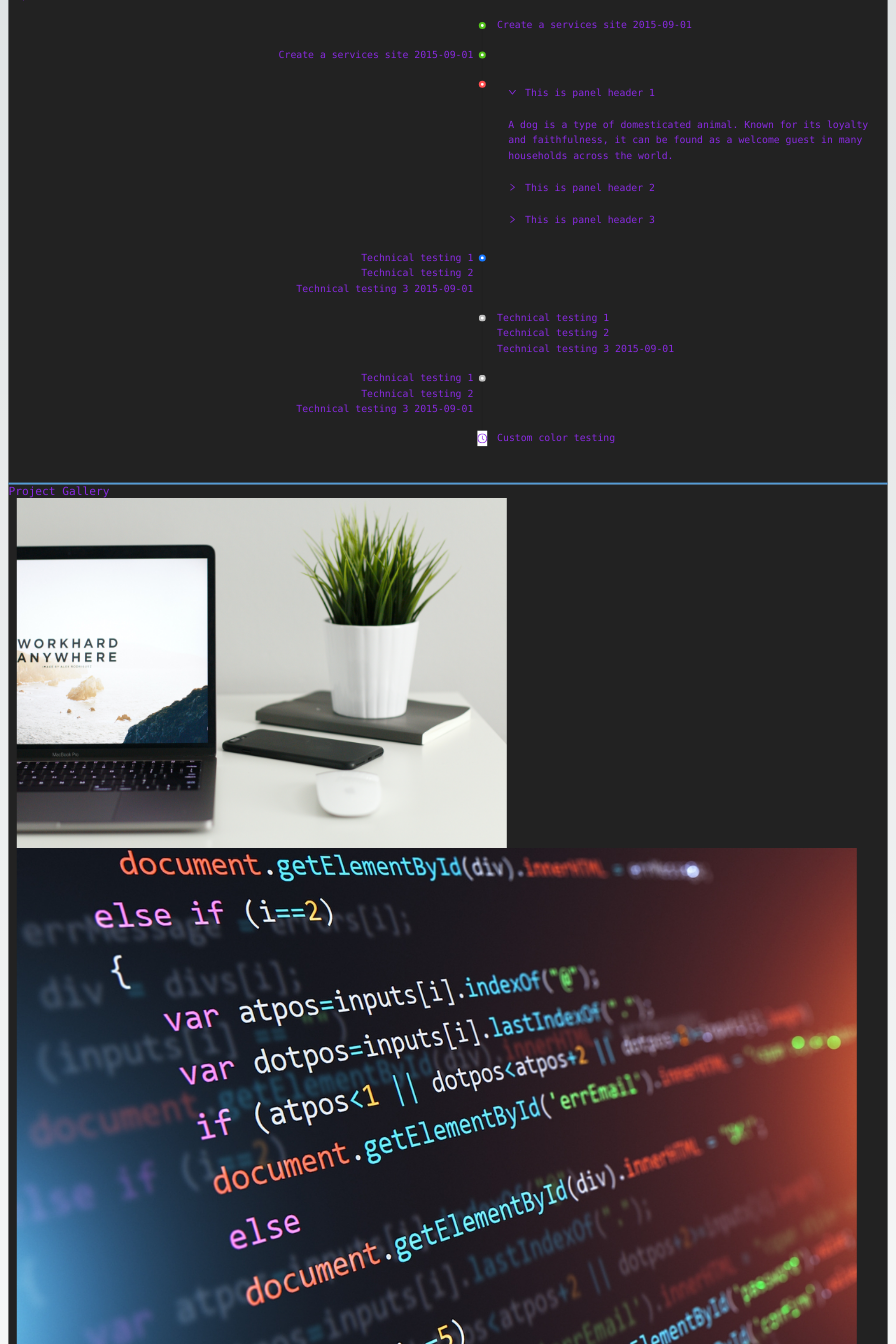
Repository: devkthines/next-portfolio-v2
Page: /
These files come from the project's save history. The page is drawn as it stood at one moment and after a run of saves; the edit follows.
The browser window is 1280 px wide. The pictures show the part of the page from y = 969 to 2889 px (the page is 3805 px tall), at 70% of full size.
The project was rebuilt for these pictures with package versions that can differ from the ones it lists, and the page was loaded fresh each time. The framework's server and built-in components were replaced by stand-ins that run in the browser. Also part of the build but not shown: next.config.js.

Above is the page before, as saved 2023-09-20 14:40:59.

### src/app/layout.tsx
import 'bootstrap/dist/css/bootstrap.css';
import './globals.css'
import '../../css/style.css'
import type { Metadata } from 'next'
import { Inter } from 'next/font/google'
import TopHeader from './components/header'
// Put any other imports below so that CSS from your
// components takes precedence over default styles.
const inter = Inter({ subsets: ['latin'] })

export const metadata: Metadata = {
  title: "Korey's coding solutions",
  description: 'Generated by create next app',
}

export default function RootLayout({
  children,
}: {
  children: React.ReactNode
}) {
  return (
    <html lang="en">
      <body className={inter.className}>
{/* <TopHeader/> */}
        {children}</body>
    </html>
  )
}

### src/app/page.tsx
'use client'

import Image from 'next/image'
import uglyMe from '../../images/IMG-6163.jpg'
import ProjectModal from './components/modal.js'
import { useInView } from 'react-intersection-observer'
import Button from 'react-bootstrap/Button';
import Container from 'react-bootstrap/Container';
import Row from 'react-bootstrap/Row';
import Col from 'react-bootstrap/Col';
import Form from 'react-bootstrap/Form';
import Nav from 'react-bootstrap/Nav';
import Navbar from 'react-bootstrap/Navbar';
import NavDropdown from 'react-bootstrap/NavDropdown';
import { useState } from 'react';
import Resume from './components/timeline.js'
import { FilePdfOutlined } from '@ant-design/icons'
import Link from 'next/link'
import ContactLinks from './components/contactLinks.js'
import ProjectImages from './components/images'
import Footer from './components/footer'

export default function Home() {
  const [button, setButton] = useState('noShow')
  const [clicker, setClicker] = useState('buttonShow')
  const [color, setColor] = useState(false)
  const { ref, inView } = useInView({
    // triggerOnce: true,
    rootMargin: '0px 0px',
    onChange: (inView) => {
      if (inView) {
        setColor(true)
      }
      else {
        setColor(false)
      }
    },

  });
  return (<>

       <Navbar className={`${color? 'color-change':''}`} sticky='top' expand="lg" >
      <Navbar.Brand href="/"><Image width={25} height={25} id='navbrand' src="/puzzle-piece.svg" alt="" /></Navbar.Brand>
      <Navbar.Toggle aria-controls="navbarScroll" />
      <Navbar.Collapse id="navbarScroll">
        <Nav
          className="d-flex w-100 me-5 flex-row justify-content-end"
          navbarScroll          variant='underline'
        >
          <Nav.Link href="/">Home</Nav.Link>
          <Nav.Link href="/#experience">experience</Nav.Link>
            <Nav.Link href="/contact">contact</Nav.Link>
          <Nav.Link href="/files/hinesResume.pdf"  target="_blank">
          <FilePdfOutlined />
          </Nav.Link>
        </Nav>
      </Navbar.Collapse>
  </Navbar><main >
<Container fluid id='homeCont'>
      <div className={`infoSection mt-5`}>
        <Row xs={6} md={8} lg={12} xl={12} xxl={12}>
          <Col xs={6} md={6} lg={6} xl={6} xxl={6} className='d-flex justify-content-end align-self-center'>
            <div>
              <h1>Hello, my name is Korey, a web developer/creative person</h1>
              <button className={clicker} onClick={() => {
                setButton('buttonShow')
                setClicker('noShow')
              }}>Get in Touch</button>
              <div className={button}>
                <button onClick={() => {
                  setButton('noShow')
                  setClicker('buttonShow')
                }}>Close</button>
                <ContactLinks />
              </div>
            </div>
          </Col>
          <Col xs={6} md={6} lg={6} xl={6} xxl={6}  className=' justify-content-start align-self-center'>
            <img id='portrait' src='/images/IMG-update-1.jpg' alt="" className='' />
          </Col>
        </Row>
      </div>
        <div id='about'>
          <div ref={ref} className="aboutSection text-center">
            <Row>
              <h1>About </h1>
              <Col id="aboutInfor" >
                <p>My name is Chase Ohlson. I’m a frontend software engineer & freelance web developer in Los Angeles -- with roots in digital marketing & SEO. I'm passionate about music, technology and basically everything that makes the internet tick.

                  My work currently consists of a full time engineering role at The Noun Project (working on Lingo) & managing ongoing freelance clients and side projects. I find this balancing act to be super resourceful in terms my learning as a web developer, as well as for keeping up with the rapid expansion of developer tools, libraries, frameworks, etc.

                  My freelance web development roots are in Wordpress & Shopify, of which I'm self taught. In 2017, I started at UCLA to broaden my knowledge of the Node.js ecosystem. Since then, I fell in love with & have been primarily using React & Redux in web applications. For static sites, I love using Gatsby for creating blazing fast, SEO-driven headless frontend user interfaces.

                  Whether you're a business owner looking to get started on a app or web development project with a freelance web developer, a developer looking to collaborate on something cool, or just wanting to say hi, shoot me a message and let's work together.</p>
              </Col>
            </Row>
          </div>
        </div>
        <div id="experience" className="infoSection text-center">
          <h1>Experience</h1>
            <Row>
              <Col><Resume /></Col>
            </Row>
          </div>
      <div className="infoSection">
        <Row><h1>Project Gallery</h1>
          {/* <Col><ProjectModal /></Col> */}
          <Col>  <ProjectImages /></Col>
        </Row>
      </div>
    </Container>
    </main >
    <Footer/></>
  )
}

### css/style.css
*{
    box-sizing: border-box;
    margin: 0;
    padding: 0;
    font-family: Consolas,"Courier New",monospace;
    /* background-color: #569cd6; */
    color: blueviolet;
}
.infoSection{
    /* width: 80vw; */
    /* height: 60vh; */
    display: flex;
    justify-content: center;
    /* margin-bottom: 20vh; */
    background-color: #222222;
    border-bottom: 3px solid #569cd6;
}

.aboutSection{
    /* width: 80vw; */
    padding-top: 100px;
    /* height: 70vh; */
    background: linear-gradient(#222222, rgb(24,24,24));
}
#homeCont{
    /* border: 2px solid #569cd6; */
}
#portrait{
    width: 700px;
    height: 60vh;
    /* border-radius: 0 0 2rem 2rem; */
}
#portrait:hover{
    transform: rotateX(180deg);
}
.imgTest{
    margin: 10px;
}
.imgTest:active{
    flex-grow:10000;
    transform:scale(1);

    max-width:600px;
    margin:0px;
    border-radius:40px;

    background-size:auto 100%;
}

.tab-content{
    height: 100%!important;
    margin-left: 25%!important;
}
/* .color-change{
    background-color: greenyellow;
} */
.noShow{
    display: none;
}
.buttonShow{
    display: block;
}

#tile1{
    width: 700px;
    height: 500px;
}
#experience{
    padding-top: 50px;
    height: auto;
}
main{
    display: flex;
    flex-direction: column;
    justify-content: center;
    align-items: center;
}
.middle {
    transition: .5s ease;
    opacity: 0;
    position: absolute;
    top: 50%;
    left: 50%;
    transform: translate(-50%, -50%);
    -ms-transform: translate(-50%, -50%);
    text-align: center;
  }
#imageTile1{
    position: relative;
}
#imageTile1:hover #tile1 {
    opacity: 0.3;
  }

  #imageTile1:hover .middle {
    opacity: 1;
  }

.text {
    background-color: #04AA6D;
    color: white;
    font-size: 16px;
    padding: 16px 32px;
  }
#no-expand{
    display: none;

}
#expandIt{
    display: block;
}

.no-Display{
    display: none;
}
.okToDisplay{
    display: block;
}

### src/app/components/timeline.js
'use client'

import { ClockCircleOutlined } from '@ant-design/icons';
import { Timeline } from 'antd';
import { Collapse } from 'antd';
const text = `
  A dog is a type of domesticated animal.
  Known for its loyalty and faithfulness,
  it can be found as a welcome guest in many households across the world.
`;
const itemss = [
    {
      key: '1',
      label: 'This is panel header 1',
      children: <p>{text}</p>,
    },
    {
      key: '2',
      label: 'This is panel header 2',
      children: <p>{text}</p>,
    },
    {
      key: '3',
      label: 'This is panel header 3',
      children: <p>{text}</p>,
    },
  ];
export default function Resume(){
 const items = [{ children: 'sample', label: 'sample' }];
 const onChange = (key) => {
    console.log(key);}
  return(
        <div id='experience'>
   <Timeline
   mode='alternate'
    items={[
      {
        color: 'green',
        children: 'Create a services site 2015-09-01',
      },
      {
        color: 'green',
        children: 'Create a services site 2015-09-01',
      },
      {
        color: 'red',
        children: (
          <>
            <Collapse items={itemss} defaultActiveKey={['1']} ghost onChange={onChange} />
          </>
        ),
      },
      {
        children: (
          <>
            <p>Technical testing 1</p>
            <p>Technical testing 2</p>
            <p>Technical testing 3 2015-09-01</p>
          </>
        ),
      },
      {
        color: 'gray',
        children: (
          <>
            <p>Technical testing 1</p>
            <p>Technical testing 2</p>
            <p>Technical testing 3 2015-09-01</p>
          </>
        ),
      },
      {
        color: 'gray',
        children: (
          <>
            <p>Technical testing 1</p>
            <p>Technical testing 2</p>
            <p>Technical testing 3 2015-09-01</p>
          </>
        ),
      },
      {
        color: '#00CCFF',
        dot: <ClockCircleOutlined />,
        children: <p>Custom color testing</p>,
      },
    ]}
  />
 </div>
    )
}

### src/app/components/contactLinks.js
'use client'
import OverlayTrigger from 'react-bootstrap/OverlayTrigger';
import Card from 'react-bootstrap/Card';
import { AiFillGithub } from 'react-icons/ai';
import { GrLinkedinOption } from 'react-icons/gr';
import { MdVolunteerActivism } from 'react-icons/md';
import { IoLogoCss3 } from 'react-icons/io';
import { IoLogoJavascript } from 'react-icons/io';
import { CgGym } from 'react-icons/cg';
import { AiOutlineMail } from 'react-icons/ai';
import { AiOutlineFilePdf } from 'react-icons/ai';
import { BsFillPhoneFill } from 'react-icons/bs';
import { MdLocationOn } from 'react-icons/md';
import { SiUpwork } from 'react-icons/si';
// import PicOfMe from '/images/image_67220481.JPG'
import Container from 'react-bootstrap/Container';
import Row from 'react-bootstrap/Row';
import Col from 'react-bootstrap/Col';
import { useEffect } from 'react';
import Tooltip from 'react-bootstrap/Tooltip';
import $ from 'jquery'
// import ResPDF from '../resume/hinesResumeCoverLetter.pdf'
import Image from 'next/image'
export default function ContactLinks(){
    useEffect(() => {
        LoveIt();
        const hello = `%cHello. Welcome to the
        Console Magic I have designated to this portfolio.
        I hope you enjoy as you discover all the small
        insignificant details that makes this stand out!`;
        const style = 'background-color: #1d3557; color: #f1faee; font-style: italic; border: 2px solid #e63946; font-size: 1.5rem; border-raidus: 99px;'
        console.log(hello, style);
      }, [])
      function LoveIt() {
        var words = [
          "Love to help others.",
          "am a CrossFitter.",
          "am a Passionate Web Developer."
        ], i = 0;
        setInterval(function () {
          $('#changer').fadeOut(function () {
            $(this).html(words[i = (i + 1) % words.length]).fadeIn();
          });
        }, 1500);

      };
      const btnName = {
        'gitHub': {
          'id': 1,
          "placement": "bottom",
          "info": "gitHub",
          "icon": <a href="https://github.com/devkthines" target='_blank'>
            <button className='quickLinks'><AiFillGithub /></button></a>
        },
        'linkedIn': {
          'id': 2,
          "placement": "bottom",
          "info": "linkedIn",
          "icon": <a href="https://www.linkedin.com/in/korey-hines-17b0a9263" target='_blank'><button className='quickLinks'><GrLinkedinOption />
          </button></a>
        },
        'gMaps': {
          'id': 3,
          "placement": "bottom",
          "info": "gMaps",
          "icon": <a href="https://goo.gl/maps/BovFkBEjUMQ6VBob9" target='_blank'>
            <button className='quickLinks'><MdLocationOn /></button></a>
        },
        'gMail': {
          'id': 4,
          "placement": "bottom",
          "info": "gMail",
          "icon": <a href="mailto:dev.kthines@gmail.com"><button className='quickLinks'><AiOutlineMail /></button></a>
        },
        'upWork': {
          'id': 5,
          "placement": "bottom",
          "info": "upWork",
          "icon": <a href="https://www.upwork.com/freelancers/~01ae4feb16c6fa7213?viewMode=1" target='_blank'>
            <button className='quickLinks'><SiUpwork /></button></a>
        },
        'redPDF': {
          'id': 6,
          "placement": "bottom",
          "info": "resume",
          "icon": <a className='aLink' target="_blank" href="/files/hinesResume.pdf">
            <button className='quickLinks'><AiOutlineFilePdf /></button></a>
        },
        'phone': {
          'id': 7,
          "placement": "bottom",
          "info": "phone",
          "icon": <a href="tel:2093669363" >  <button className='quickLinks'><BsFillPhoneFill /></button></a>
        }
      }

    return(
<div id='home'>
      <Container fluid>
        <Row className="">
          <Col className='d-flex flex-column justify-content-center align-items-center' xl={6} lg={6} md={6} sm={12} xs={12}>
            <div className='change'> <h2 >&lt;h2&gt;Hey there, I'm Korey.&lt;/h2&gt;</h2></div>
            <div className='change'><h2 id='spec'>I <span id='changer'> am a Passionate Web Developer.</span></h2></div>
            <div className='change'>




              {Object.entries(btnName).map(([k, v]) => (
                <div className='d-inline-block' key={v.id}>
                  <OverlayTrigger
                    trigger="hover"
                    key={v.id}
                    placement={v.placement}
                    overlay={

                      <Tooltip id={`tooltip-${v.placement}`}>
                        {v.info}
                      </Tooltip>
                    }
                  >
                    {v.icon}
                  </OverlayTrigger>
                </div>
              ))}
            </div>
          </Col>

</Row>
      </Container>
    </div>
    )
}

### src/app/components/images.js
'use client'
import Container from 'react-bootstrap/Container';
import Row from 'react-bootstrap/Row';
import Col from 'react-bootstrap/Col';
import { useState } from 'react';
import { AiFillCloseCircle } from 'react-icons/ai';
import { AiOutlineCloseCircle } from 'react-icons/ai';
import Button from 'react-bootstrap/Button';
import Card from 'react-bootstrap/Card';

// import TileExample from '/images/kevin-bhagat-zNRITe8NPqY-unsplash.jpg'



const projectJson = [{
  id: 0,
  "title": "placeholder 1",
  "description": "description 1",
  "githubLink": "https://github.com/devkthines",
  "linkToProject": "https://google.com",
  "image": '/images/webstorm-vs-vscode.jpeg',
  "imageAlt": "some placeholder description"
},
{
  id: 1,
  "title": "placeholder 2",
  "description": "description 2",
  "githubLink": "https://github.com/devkthines",
  "linkToProject": "https://google.com",
  "image": '/images/webstorm-vs-vscode.jpeg',
  "imageAlt": "some placeholder description"
},
{
  id: 2,
  "title": "placeholder 3",
  "description": "description 3",
  "githubLink": "https://github.com/devkthines",
  "linkToProject": "https://google.com",
  "image": '/images/webstorm-vs-vscode.jpeg',
  "imageAlt": "some placeholder description"
}]



export default function ProjectImages() {
  const [tileExpand, SetTileExpand] = useState('no-expand')
  const [openClose, setOpenClose] = useState(<AiFillCloseCircle></AiFillCloseCircle>)
  const [imgKey, setImgKey] = useState(0)
  const expandTile = () => {
    SetTileExpand('expandIt')
  }
  return (
    <>
      <Container fluid>
        <Row id={tileExpand}>
          <Col>
            <div>
              <button
                onMouseEnter={() => setOpenClose(<AiOutlineCloseCircle></AiOutlineCloseCircle>)}
                onMouseLeave={() => setOpenClose(<AiFillCloseCircle></AiFillCloseCircle>)}
              >
                {openClose}
              </button>
              <Card style={{ width: '18rem' }}>
                <Card.Img variant="top" src="holder.js/100px180" />
                <Card.Body>
                  <Card.Title>Card Title</Card.Title>
                  <Card.Text>
                    Some quick example text to build on the card title and make up the
                    bulk of the card's content.
                  </Card.Text>
                </Card.Body>
              </Card>
            </div>
          </Col>
        </Row>
        <Row id='gallery' className={
          `${tileExpand === 'no-expand' ? 'okToDisplay' : 'no-Display'}`}>
          <Col id='imageTile1'><img id='tile1' src={`/images/kevin-bhagat-zNRITe8NPqY-unsplash.jpg`} />
            <div className="middle">
              <div className="text"><button onClick={() => expandTile()}>Hello</button></div>
            </div>
          </Col>
          <Col><img src="/images/webstorm-vs-vscode.jpeg" alt="" />
            <img src="/images/webstorm-vs-vscode.jpeg" alt="" />
          </Col>
        </Row>
      </Container>
    </>
  )
}

### src/app/components/footer.js


 export default function Footer(){

    return(
        <>
        <footer><p>Copyright 2023- Korey Hines</p></footer>
        </>
    )
 }

Loaded but not shown: src/app/globals.css (common file); tailwind.config.ts (common file)

After the next 4 saves:
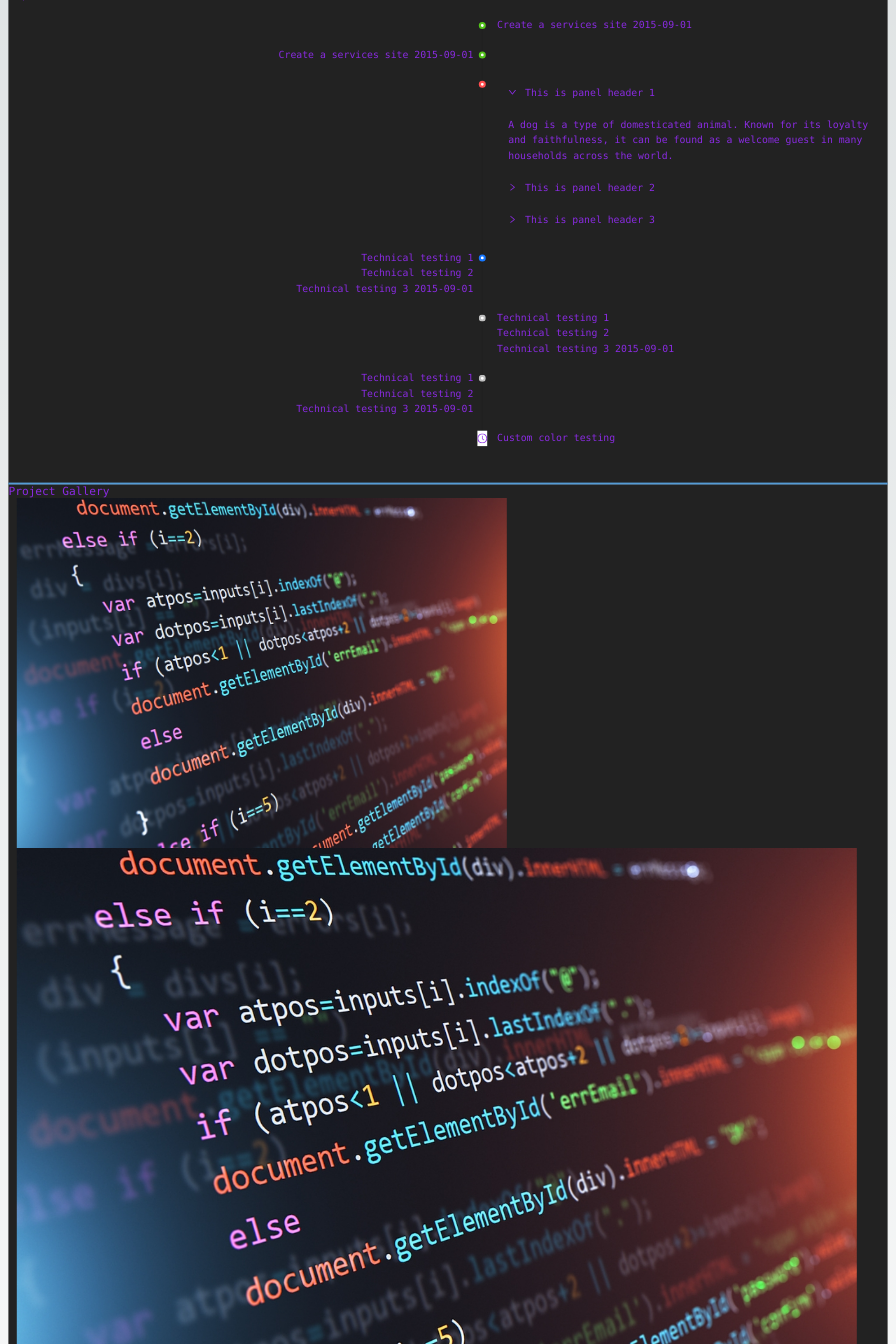
The 4 saves are shown as one change because they came seconds apart.
The last was saved 5 min 58 s later.
--- a/src/app/components/images.js
+++ b/src/app/components/images.js
@@ -76,7 +76,7 @@ export default function ProjectImages() {
         </Row>
         <Row id='gallery' className={
           `${tileExpand === 'no-expand' ? 'okToDisplay' : 'no-Display'}`}>
-          <Col id='imageTile1'><img id='tile1' src={`/images/kevin-bhagat-zNRITe8NPqY-unsplash.jpg`} />
+          <Col id='imageTile1'><img id='tile1' src={projectJson[0].image} />
             <div className="middle">
               <div className="text"><button onClick={() => expandTile()}>Hello</button></div>
             </div>
